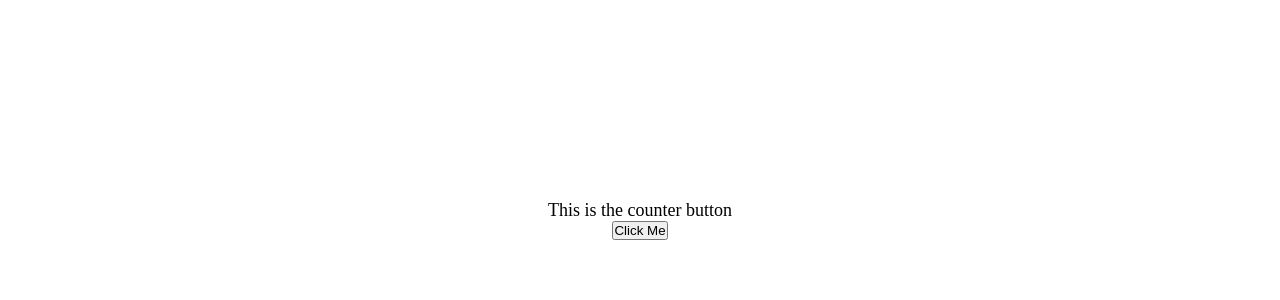
Repository: Aditya0377/Assignments
Page: Assignment/javascript practise/Counter.html
These files come from the project's save history. The page is drawn as it stood at one moment and after the next save; the edit follows.
The browser window is 1280 px wide. The pictures show the whole page.

Above is the page before, as saved 2024-02-23 20:58:42.

After the next save:
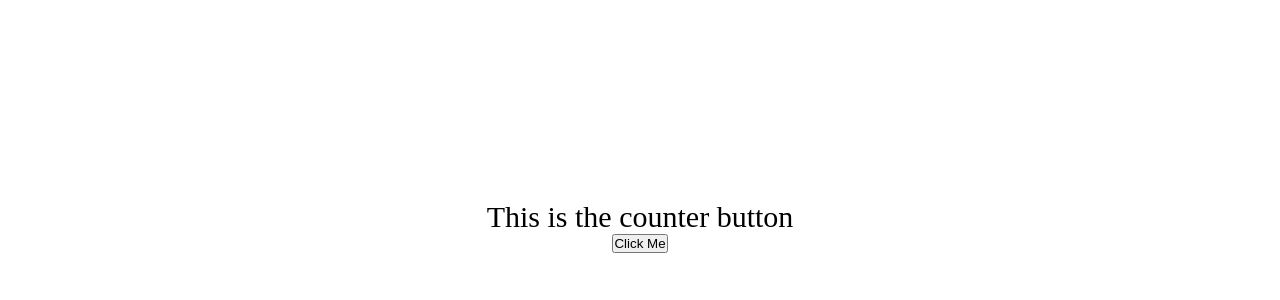
Saved 5 s later.
--- a/Assignment/javascript practise/Counter.html
+++ b/Assignment/javascript practise/Counter.html
@@ -23,7 +23,7 @@
     }
 
     P {
-        font-size: large;
+        font-size: 30px;
     }
 </style>
 
